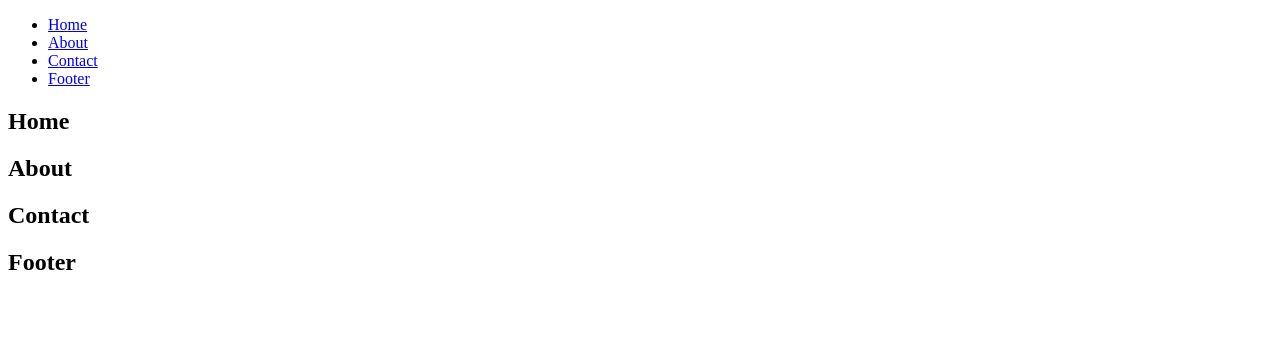
Repository: sallyr0823/web-development
Page: mp1/src/index.html
These files come from the project's save history. The page is drawn as it stood at one moment and after the next save; the edit follows.
The browser window is 1280 px wide. The pictures show the whole page.

Above is the page before, as saved 2023-09-20 14:21:18.

After the next save:
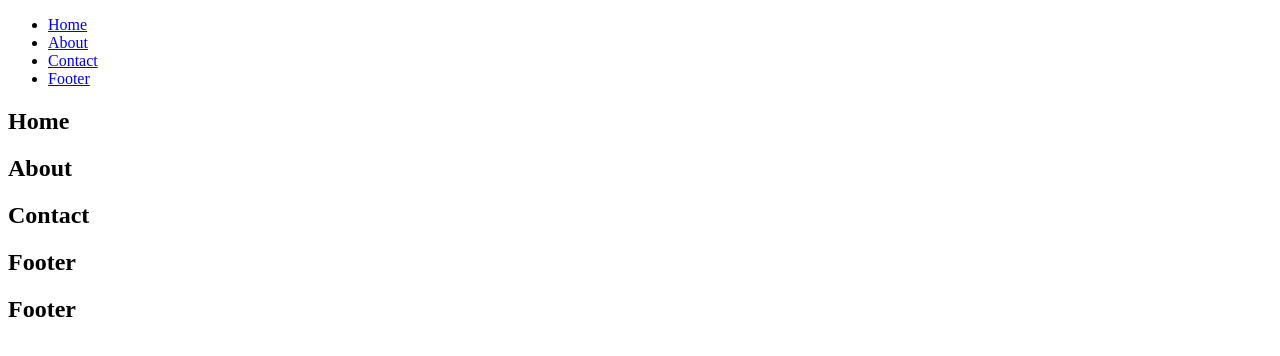
Saved 23 s later.
--- a/mp1/src/index.html
+++ b/mp1/src/index.html
@@ -29,5 +29,8 @@
           <section id="footer">
             <h1>Footer</h1>
           </section>
+          <section id = "footer">
+            <h1>Footer </h1>
+          </section>
     </body>
 </html>
